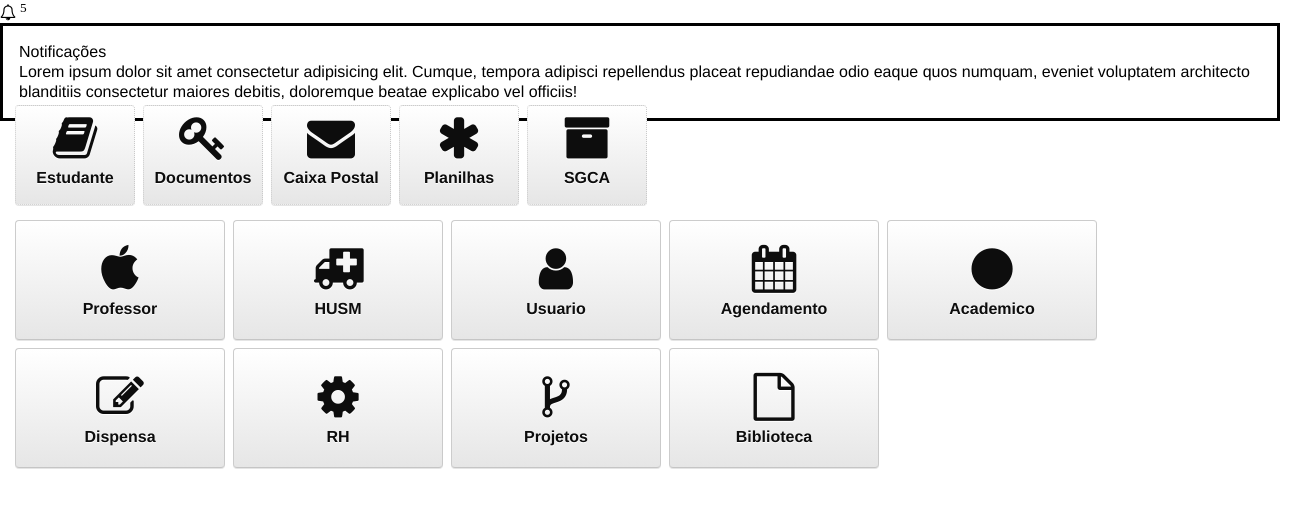
Repository: evertonagilar/study
Page: css/css-notificacao-dialog/index.html
An editor plug-in stored every save of this project. The page is shown before and after the next save, followed by the edit.
The browser window is 1280 px wide. The page is 1295 px wide, so the pictures cover 1295 px, including what lies to the right of the window. The pictures show the whole page.

Above is the page before, as saved 2023-09-11 20:38:08.
Console error: SyntaxError: missing ) after argument list

After the next save:
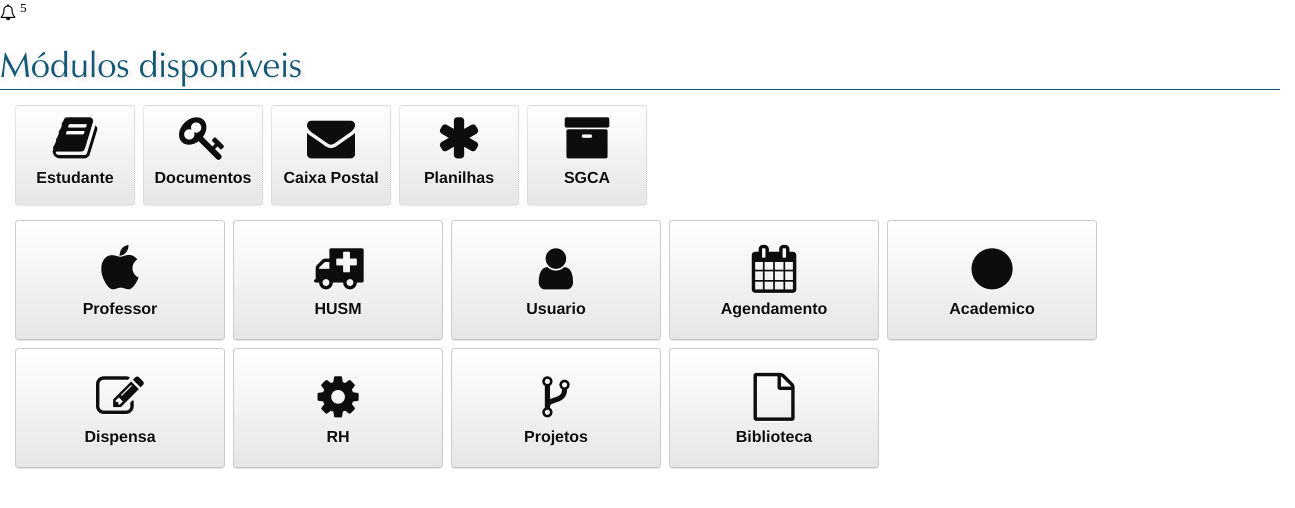
Saved 22 s later.
--- a/css/css-notificacao-dialog/index.html
+++ b/css/css-notificacao-dialog/index.html
@@ -14,7 +14,7 @@
         <sup>5</sup>
     </span>
 
-    <dialog class="dashboard-notificacoes" open>
+    <dialog class="dashboard-notificacoes">
         <h2>Notificações</h2>
         <p>
             Lorem ipsum dolor sit amet consectetur adipisicing elit. Cumque, tempora adipisci repellendus placeat repudiandae odio eaque quos numquam, eveniet voluptatem architecto blanditiis consectetur maiores debitis, doloremque beatae explicabo vel officiis!
